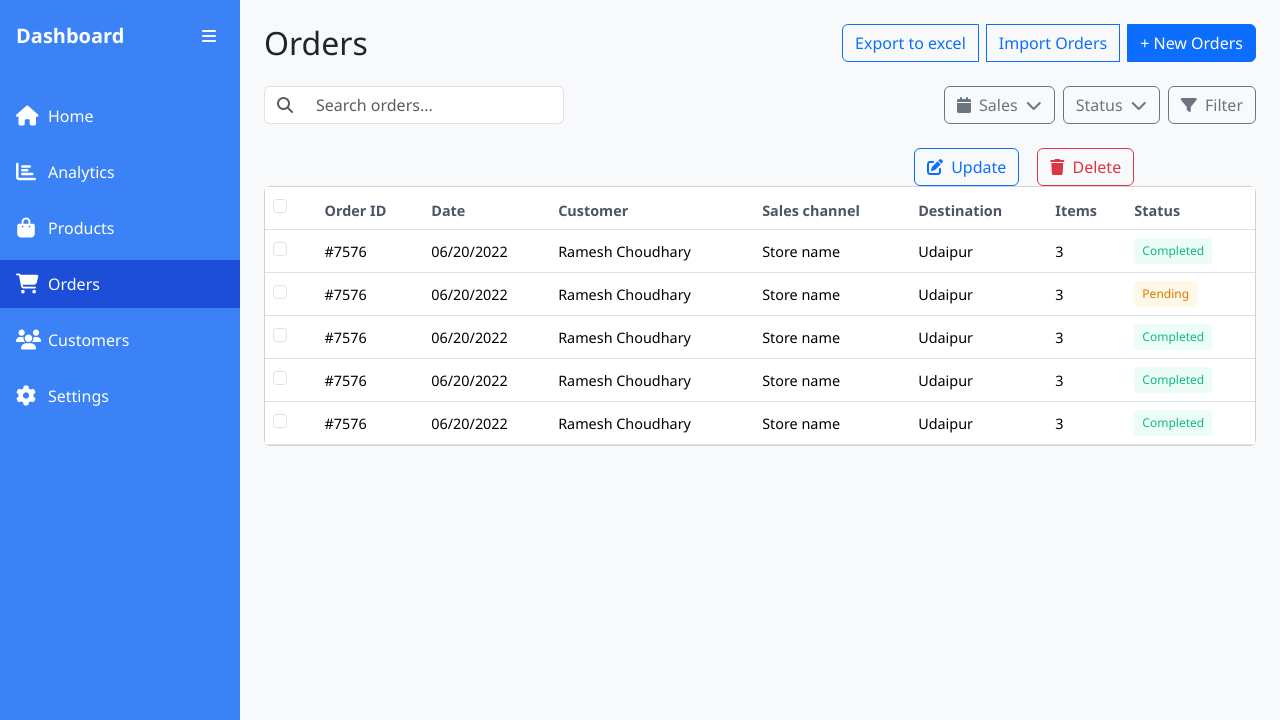
Repository: AditiAjitSalvi/Inventory_Managment
Page: Inventory_Managment_System/Inventory/src/main/webapp/Order.html
An editor plug-in stored every save of this project. The page is shown before and after the next save, followed by the edit.
The browser window is 1280 px wide. The pictures show the whole page.

Above is the page before, as saved 2025-05-22 16:09:55.
Console error: TypeError: Cannot read properties of null (reading 'getContext')

After the next save:
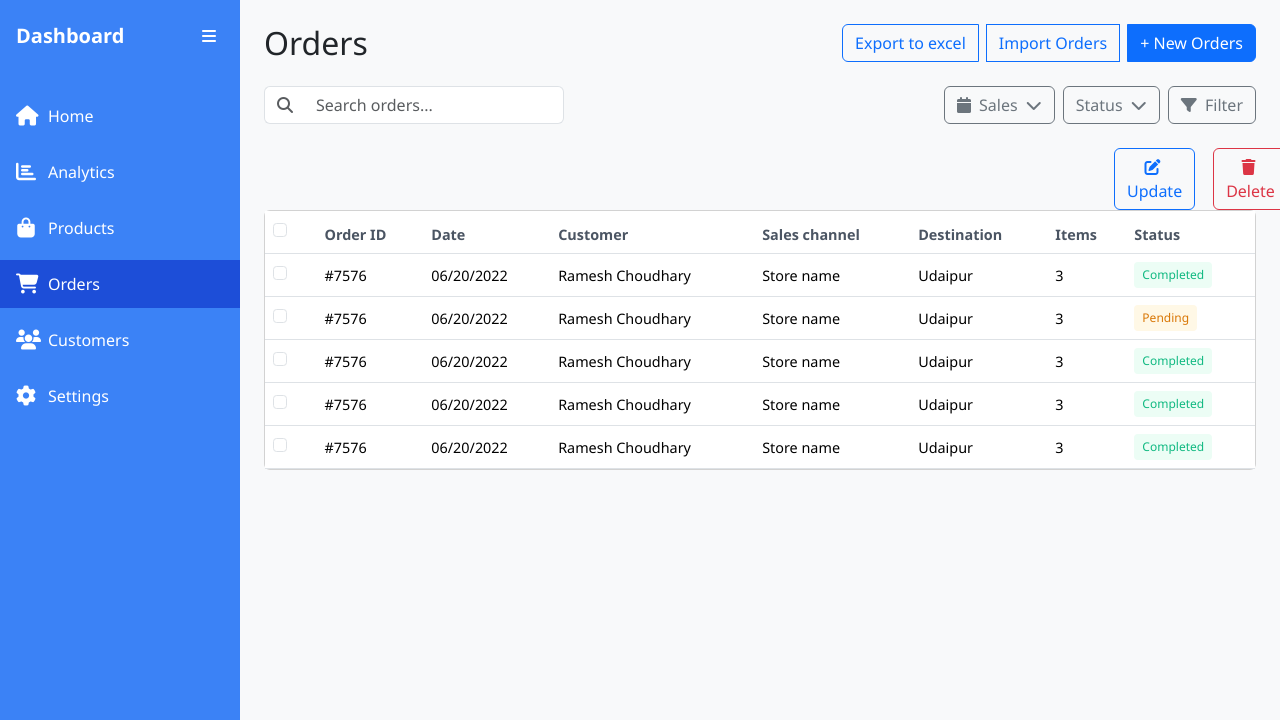
Saved 11 s later.
--- a/Inventory_Managment_System/Inventory/src/main/webapp/Order.html
+++ b/Inventory_Managment_System/Inventory/src/main/webapp/Order.html
@@ -318,7 +318,7 @@ body {
 					</div>
 				</div>
 				<div class="d-flex"
-					style="right: 50px; top: 150px; display: flex; gap: 10px;margin-left:650px;">
+					style="right: 50px; top: 150px; display: flex; gap: 10px;margin-left:850px;">
 					<button class="btn btn-outline-primary me-2">
 						<i class="fa fa-edit me-1"></i> <span>Update</span>
 					</button>
